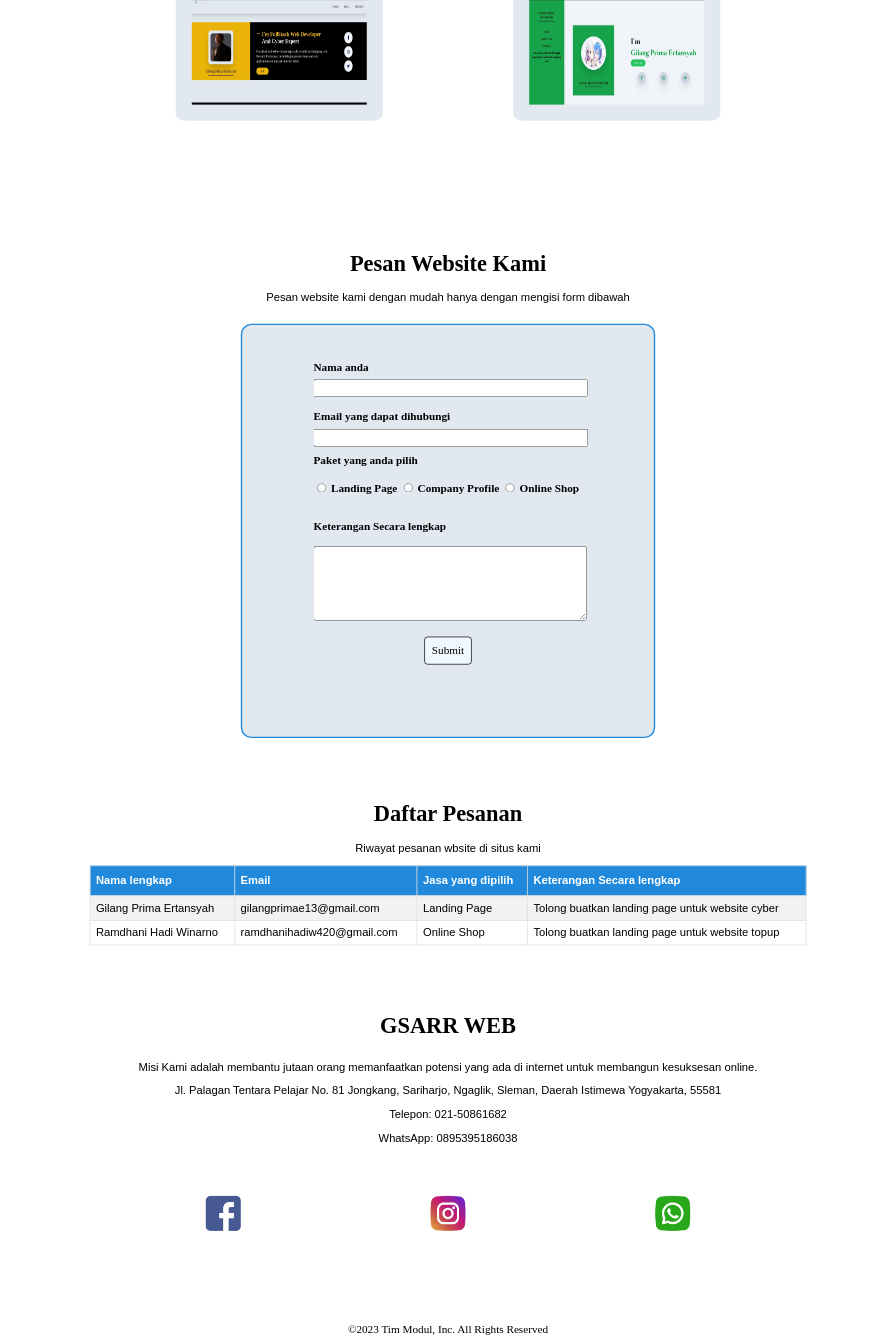
Repository: zecht12/TimModul
Page: TimModul.html
An editor plug-in stored every save of this project. The page is shown before and after the next save, followed by the edit.
The browser window is 1280 px wide. The pictures show the part of the page from y = 2549 to 4469 px (the page is 4469 px tall before and 4360 px after), at 70% of full size.

Above is the page before, as saved 2023-04-27 19:15:04.

### TimModul.html
<!DOCTYPE html>
<html lang="en">
<head>
    <meta charset="UTF-8">
    <meta http-equiv="X-UA-Compatible" content="IE=edge">
    <meta name="viewport" content="width=device-width, initial-scale=1.0">
    <link rel="stylesheet" href="style.css">
    <script src="script.js"></script>
    <title>Jasa Coding</title>
</head>
<body>
    <div style="height: 80px; width: 100%; background-color: white;">
        <header>
            <img src="./assets/wallpaper.jpg" alt="Image" style="height: 50px; width: 50px; border-radius: 100%;" >
            <ul class="nav_links">
                <li><a href="#">Home</a></li>
                <li><a href="#Paket">Harga</a></li>
                <li><a href="#Produk">Produk</a></li>
                <li><a href="#Forms">Form</a></li>
                <li><a href="#Dokumen">Dokumen</a></li>
            </ul>
        </headers>
    </div>
    <div style="background-image: url(./assets/bg.jpg); background-size: cover; background-position: top; width: 100%; height: 120vh; background-repeat: no-repeat; background-position: center;">
        <div style="display: flex; justify-content: center; align-items: center; padding: 5%; width: auto; height: auto;">
            <div style="height: auto; width: 70%; display: flex ; justify-content: center; align-items: center;">
                <div>
                    <div style=" display: flex; justify-content: center; align-items: center;">
                        <p style="text-align: center; color: white; font-size: 50px; font-weight: bold; width: 80%;">Jasa Pembuatan Website untuk Segala Kebutuhan Anda!</p>
                    </div>
                    <div style=" display: flex; justify-content: center; align-items: center; ">
                        <p style="text-align: center; color: white; font-size: large; width: 80%; ">Ingin wujudkan website impian tanpa ribet? Kami siap membantu Anda! Tersedia layanan jasa pembuatan website murah dan berkualitas dengan fitur terlengkap!</p>
                    </div>
                    <div style=" display: flex; justify-content: space-evenly; align-items: center;">
                        <div style=" display: flex; justify-content: center; align-items: center; gap: 5px;">
                            <img src="./assets/check.png" alt="check" width="30px" height="30px">
                            <p style="text-align: center; color: white; font-size: medium;">Proses Cepat</p>
                        </div>
                        <div style=" display: flex; justify-content: center; align-items: center; gap: 5px;">
                            <img src="./assets/check.png" alt="check" width="30px" height="30px">
                            <p style="text-align: center; color: white; font-size: medium">Harga Terjangkau</p>
                        </div>
                        <div style=" display: flex; justify-content: center; align-items: center; gap: 5px;">
                            <img src="./assets/check.png" alt="check" width="30px" height="30px">
                            <p style="text-align: center; color: white; font-size: medium;">Website Profesional</p>
                        </div>
                    </div>
                    <div style=" display: flex; justify-content: center; align-items: center; width: auto; height: auto;">
                        <p style="text-align: center; color: white; font-size: xx-large; font-weight: bold;">GSARR WEB</p>
                    </div>
                    <div style=" display: flex; justify-content: center; align-items: center; width: auto; height: auto;">
                        <a class="button1" href="#Paket" style="width: 200px; height: 50px; display: flex; justify-content: center; align-items: center; border-radius: 15px; background: #fff; color: #000; border: 2px solid #fff; cursor: pointer;">
                            Lihat Penawaran
                        </a>
                    </div>
                </div>
            </div>
        </div>
    </div>
    <div class="Paket" id="Paket" style="width: 100%; height: 120vh;">
        <p style="text-align: center; font-size: xx-large; font-weight: bold;">Harga Paket Jasa Pembuatan Website</p>
        <p style="text-align: center; font-size: medium; font-weight: bold; ">Tak perlu biaya mahal, Niagaweb menghadirkan jasa pembuatan website dengan harga terjangkau, fitur terbaik, dan layanan support nomor satu!</p>
        <div style="padding-left: 5%; padding-right: 5%;padding-top: 2%;display: flex;justify-content: space-evenly; align-items: center;" >
            <div style="padding: 2%; background-color: #e8ebf0; border-radius: 5%; height: 600px; width: 300px;">
                <p style="color: rgb(49, 49, 49); font-weight: bold; font-size: larger;">Landing Page</p>
                <p style="color: gray; font-weight: bold; font-size: medium;">Mulai dari:</p>
                <p style="color: #2089dc; font-size: xx-large; font-weight: bold; margin: auto; padding-bottom: 4%;">Rp 750.000</p>
                <div style="display: flex; justify-content: center; align-items: center;">
                    <a class="button1" href="#Forms" style="width: 200px; height: 50px; display: flex; justify-content: center; align-items: center; border-radius: 15px; background: transparent; color: #2089dc; border: 2px solid #2089dc; cursor: pointer;">
                        Checkout
                    </a>
                </div>
                <p style="color: gray; font-weight: bold; font-size: medium;">Bangun landing page dengan desain profesional! Biaya website terjangkau dengan fitur terbaik cocok untuk memulai bisnis online Anda.</p>
                <div style=" display: flex; justify-content: start; align-items: center; gap: 2px;">
                    <img src="./assets/check.png" alt="check" width="20px" height="20px">
                    <p style="color: black; font-size: medium;">Gratis Hosting dan Domain</p>
                </div>
                <div style=" display: flex; justify-content: start; align-items: center; gap: 2px;">
                    <img src="./assets/check.png" alt="check" width="20px" height="20px">
                    <p style="color: black; font-size: medium;">30 Pilihan Tema</p>
                </div>
                <div style=" display: flex; justify-content: start; align-items: center; gap: 2px;">
                    <img src="./assets/check.png" alt="check" width="20px" height="20px">
                    <p style="color: black; font-size: medium;">Free Maintenance di Bulan Pertama</p>
                </div>
                <div style=" display: flex; justify-content: start; align-items: center; gap: 2px;">
                    <img src="./assets/check.png" alt="check" width="20px" height="20px">
                    <p style="color: black; font-size: medium;">SEO Friendly</p>
                </div>
                <div style=" display: flex; justify-content: start; align-items: center; gap: 2px;">
                    <img src="./assets/check.png" alt="check" width="20px" height="20px">
                    <p style="color: black; font-size: medium;">Desain Responsif</p>
                </div>
                <div style=" display: flex; justify-content: start; align-items: center; gap: 2px;">
                    <img src="./assets/check.png" alt="check" width="20px" height="20px">
                    <p style="color: black; font-size: medium;">Pengerjaan 7 Hari Kerja</p>
                </div>
            </div>
            <div style="padding: 2%; background-color: #e8ebf0; border-radius: 5%; height: 600px; width: 300px;">
                <p style="color: rgb(49, 49, 49); font-weight: bold; font-size: larger;">Company Profile</p>
                <p style="color: gray; font-weight: bold; font-size: medium;">Mulai dari:</p>
                <p style="color: #2089dc; font-size: xx-large; font-weight: bold; margin: auto; padding-bottom: 4%;">Rp 2.000.000</p>
                <div style="display: flex; justify-content: center; align-items: center;">
                    <a class="button1" href="#Forms" style="width: 200px; height: 50px; display: flex; justify-content: center; align-items: center; border-radius: 15px; background: transparent; color: #2089dc; border: 2px solid #2089dc; cursor: pointer;">
                        Checkout
                    </a>
                </div>
                <p style="color: gray; font-weight: bold; font-size: medium;">Jasa pembuatan website untuk perusahaan B2B seperti konsultan, distributor, dan manufaktur. Saatnya tampilkan kesan profesional untuk perusahaan Anda!</p>
                <div style=" display: flex; justify-content: start; align-items: center; gap: 2px;">
                    <img src="./assets/check.png" alt="check" width="20px" height="20px">
                    <p style="color: black; font-size: medium;">Free Unlimited Hosting</p>
                </div>
                <div style=" display: flex; justify-content: start; align-items: center; gap: 2px;">
                    <img src="./assets/check.png" alt="check" width="20px" height="20px">
                    <p style="color: black; font-size: medium;">Free Maintenance Setiap Bulan</p>
                </div>
                <div style=" display: flex; justify-content: start; align-items: center; gap: 2px;">
                    <img src="./assets/check.png" alt="check" width="20px" height="20px">
                    <p style="color: black; font-size: medium;">Gratis Setup 5 Konten / Artikel</p>
                </div>
                <div style=" display: flex; justify-content: start; align-items: center; gap: 2px;">
                    <img src="./assets/check.png" alt="check" width="20px" height="20px">
                    <p style="color: black; font-size: medium;">1 Halaman Awal</p>
                </div>
                <div style=" display: flex; justify-content: start; align-items: center; gap: 2px;">
                    <img src="./assets/check.png" alt="check" width="20px" height="20px">
                    <p style="color: black; font-size: medium;">1x Revisi Desain</p>
                </div>
                <div style=" display: flex; justify-content: start; align-items: center; gap: 2px;">
                    <img src="./assets/check.png" alt="check" width="20px" height="20px">
                    <p style="color: black; font-size: medium;">500+ Tema Pilihan</p>
                </div>
            </div>
            <div style="padding: 2%; background-color: #e8ebf0; border-radius: 5%; height: 600px; width: 300px;">
                <p style="color: rgb(49, 49, 49); font-weight: bold; font-size: larger;">Online Shop</p>
                <p style="color: gray; font-weight: bold; font-size: medium;">Mulai dari:</p>
                <p style="color: #2089dc; font-size: xx-large; font-weight: bold; margin: auto; padding-bottom: 4%;">Rp 2.900.000</p>
                <div style="display: flex; justify-content: center; align-items: center;">
                    <a class="button1" href="#Forms" style="width: 200px; height: 50px; display: flex; justify-content: center; align-items: center; border-radius: 15px; background: transparent; color: #2089dc; border: 2px solid #2089dc; cursor: pointer;">
                        Checkout
                    </a>
                </div>
                <p style="color: gray; font-weight: bold; font-size: medium;">Jasa website profesional yang direkomendasikan untuk bisnis atau UKM B2C seperti bisnis kuliner, properti, konveksi, travel, dll.</p>
                <div style=" display: flex; justify-content: start; align-items: center; gap: 2px;">
                    <img src="./assets/check.png" alt="check" width="20px" height="20px">
                    <p style="color: black; font-size: medium;">Gratis Setup5 Produk Unggulan</p>
                </div>
                <div style=" display: flex; justify-content: start; align-items: center; gap: 2px;">
                    <img src="./assets/check.png" alt="check" width="20px" height="20px">
                    <p style="color: black; font-size: medium;">Integrasi Marketplace / Instagram Shop</p>
                </div>
                <div style=" display: flex; justify-content: start; align-items: center; gap: 2px;">
                    <img src="./assets/check.png" alt="check" width="20px" height="20px">
                    <p style="color: black; font-size: medium;">Fitur Payment & Shipping</p>
                </div>
                <div style=" display: flex; justify-content: start; align-items: center; gap: 2px;">
                    <img src="./assets/check.png" alt="check" width="20px" height="20px">
                    <p style="color: black; font-size: medium;">5 Halaman Awal</p>
                </div>
                <div style=" display: flex; justify-content: start; align-items: center; gap: 2px;">
                    <img src="./assets/check.png" alt="check" width="20px" height="20px">
                    <p style="color: black; font-size: medium;">1x Revisi Desain</p>
                </div>
                <div style=" display: flex; justify-content: start; align-items: center; gap: 2px;">
                    <img src="./assets/check.png" alt="check" width="20px" height="20px">
                    <p style="color: black; font-size: medium;">500+ Tema Pilihan</p>
                </div>
            </div>
        </div>
    </div>
    <div id="Produk" style="width: 100%; height: 100vh; padding-top: 5%;">
        <h1 style="text-align: center; font-size: xx-large; font: bolder;">Banyak Pilihan Desain</h1>
        <p style="text-align: center; font: caption;">Pilih satu dari puluhan desain yang tersedia</p>
        <div class="produk" id="produk" >
            <a href="./JenisWeb/Web1.html" style="padding: 2%; background-color: #E2E8F0; border-radius: 5%; display: flex; justify-items: center; align-items: center;">
                <img src="./assets/web.jpeg" alt="Image" style="height: 150px; width: 250px;" >
            </a>
            <a href="./JenisWeb/Web2.html" style="padding: 2%; background-color: #E2E8F0; border-radius: 5%; display: flex; justify-items: center; align-items: center;">
                <img src="./assets/web1.jpeg" alt="Image" style="height: 150px; width: 250px;" >
            </a>
            <a href="./JenisWeb/Web3.html" style="padding: 2%; background-color: #E2E8F0; border-radius: 5%; display: flex; justify-items: center; align-items: center;">
                <img src="./assets/web2.jpg" alt="Image" style="height: 150px; width: 250px;" >
            </a>
        </div>
        <div class="produk1" id="produk1" >
            <a href="./JenisWeb/Web4.html" style="padding: 2%; background-color: #E2E8F0; border-radius: 5%; display: flex; justify-items: center; align-items: center;">
                <img src="./assets/web3.jpg" alt="Image" style="height: 150px; width: 250px;" >
            </a>
            <a href="./JenisWeb/Web5.html" style="padding: 2%; background-color: #E2E8F0; border-radius: 5%; display: flex; justify-items: center; align-items: center;">
                <img src="./assets/web4.jpg" alt="Image" style="height: 150px; width: 250px;" >
            </a>
            <a href="./JenisWeb/Web6.html" style="padding: 2%; background-color: #E2E8F0; border-radius: 5%; display: flex; justify-items: center; align-items: center;">
                <img src="./assets/web5.jpg" alt="Image" style="height: 150px; width: 250px;" >
            </a>
        </div>
        <div class="produk2" id="produk2" >
            <a href="./JenisWeb/Web7.html" style="padding: 2%; background-color: #E2E8F0; border-radius: 5%; display: flex; justify-items: center; align-items: center;">
                <img src="./assets/web6.jpg" alt="Image" style="height: 150px; width: 250px;" >
            </a>
            <a href="./JenisWeb/Web8.html" style="padding: 2%; background-color: #E2E8F0; border-radius: 5%; display: flex; justify-items: center; align-items: center;">
                <img src="./assets/web7.jpg" alt="Image" style="height: 150px; width: 250px;" >
            </a>
        </div>
    </div>
    <h1 style="margin-top: 22%; text-align: center;">Pesan Website Kami</h1>
    <p style="text-align: center; font: caption;">Pesan website kami dengan mudah hanya dengan mengisi form dibawah</p>
    <div style="min-width: 60%; height: auto;">
        <div id="Forms" class="forms" id="forms" >
            <form style=" padding-bottom: 8%; padding-left: 8%; padding-right: 8%; padding-top: 4%; border-radius: 15px; background-color: #E2E8F0; color: #2089dc; border: 2px solid #2089dc;">
                <div class="Formnama">
                    <label for="Nama" class="Labelnama">Nama anda</label><br>
                    <input type="text" id="Nama" name="Nama" class="Nama">
                </div>

                <div class="Formemail">
                    <label for="Email" class="Labelemail">Email yang dapat dihubungi</label>
                    <input type="text" id="Email" name="Email" class="Email">
                </div>

                <p for="Pilihan" class="Pilihan">Paket yang anda pilih</p>
                <div style="padding-bottom: 5%;" id="Paket" >
                    <input type="radio" id="Landing Page" name="Landing Page" value="Landing Page">
                    <label for="FrontEnd">Landing Page</label>

                    <input type="radio" id="Company Profile" name="Company Profile" value="Company Profile">
                    <label for="BackEnd">Company Profile</label>

                    <input type="radio" id="Online Shop" name="Online Shop" value="Online Shop">
                    <label for="FullStack">Online Shop</label><br>
                </div>

                <div>
                    <p style="color: black; font-weight: bold; padding-bottom: 1%;">Keterangan Secara lengkap</p>
                    <textarea></textarea>
                </div>

                <div style="display: flex; justify-content: center; align-items: center;">
                    <input type="submit" value="Submit" class="Button">
                </div>
            </form>
        </div>
    </div>
    <h1 style="margin-top: 2%; text-align: center;">Daftar Pesanan</h1>
    <p style="text-align: center; font: caption;">Riwayat pesanan wbsite di situs kami</p>
    <div id="Dokumen" style="display: flex; justify-content: center; align-items: center; width: 100%;">
        <table id="customers">
            <tr>
                <th>Nama lengkap</th>
                <th>Email</th>
                <th>Jasa yang dipilih</th>
                <th>Keterangan Secara lengkap</th>
            </tr>
            <tr>
                <td>Gilang Prima Ertansyah</td>
                <td>gilangprimae13@gmail.com</td>
                <td>Landing Page</td>
                <td>Tolong buatkan landing page untuk website cyber</td>
            </tr>
            <tr>
                <td>Ramdhani Hadi Winarno</td>
                <td>ramdhanihadiw420@gmail.com</td>
                <td>Online Shop</td>
                <td>Tolong buatkan landing page untuk website topup</td>
            </tr>
        </table>
    </div>
    <div style="height: 70vh; width: 100%; background-color: white; margin: auto; justify-content: center; align-items: center;">
        <div style="padding: 5%;">
            <p style="text-align: center; color: black; font-size: xx-large; font-weight: bold;">GSARR WEB</p>
            <p style="text-align: center; font: caption;">Misi Kami adalah membantu jutaan orang memanfaatkan potensi yang ada di internet untuk membangun kesuksesan online.</p>
            <p style="text-align: center; font: caption;">Jl. Palagan Tentara Pelajar No. 81 Jongkang, Sariharjo, Ngaglik, Sleman, Daerah Istimewa Yogyakarta, 55581</p>
            <div>
                <p style="text-align: center; font: caption;">Telepon: 021-50861682</p>
                <p style="text-align: center; font: caption;">WhatsApp: 0895395186038</p>
            </div>
            <div class="Social" style="display: flex; align-items: center; justify-content: space-between; background-color: transparent; gap: 20px; padding-left: 20%; padding-right: 20%; padding-top: 5%; ">
                <a href="" style="background-color: #fff;">
                    <img src="/assets/facebook.png" alt="FB" width="50px" height="50px">
                </a>
                <a href="">
                    <img src="/assets/instagram.png" alt="FB" width="50px" height="50px">
                </a>
                <a href="">
                    <img src="/assets/whatsapp.png" alt="FB" width="50px" height="50px">
                </a>
            </div>
        </div>
    </div>
    <div style="height: 50px; width: 100%; background-color: white; margin: auto; justify-content: center; align-items: center;">
        <p style="color: black; text-align: center; padding-top: 20px;">&copy;2023 Tim Modul, Inc. All Rights Reserved</p>
    </div>
</body>
</html>

### style.css
body{
    height: auto;
    width: 100%;
    margin: auto;
    padding: auto;
}
header{
    display: flex;
    align-items: center;
    justify-content: space-between;
    padding-left: 2%;
    padding-right: 2%;
    padding-top: 1%;
}
li,a, button{
    font-family: "Montserrat", sans-serif;
    font-size: 16px;
    color: black;
    text-decoration: none;
}
.produk{
    padding-left: 5%;
    padding-right: 5%;
    padding-top: 3%;
    display: flex;
    justify-content: space-around;
    align-items: center;
}
.produk1{
    padding-left: 5%;
    padding-right: 5%;
    padding-top: 3%;
    display: flex;
    justify-content: space-around;
    align-items: center;
}
.produk2{
    padding-left: 5%;
    padding-right: 5%;
    padding-top: 3%;
    display: flex;
    justify-content: space-evenly;
    align-items: center;
}
.produk a:hover{
    transform: scale(110%);
}
.produk1 a:hover{
    transform: scale(110%);
}
.produk2 a:hover{
    transform: scale(110%);
}
.nav_links{
    list-style: none;
}
.nav_links li{
    display: inline-block;
    padding: 0px 20px;
}
.nav_links li a:hover{
    color: #0088a9;
}
.forms{
    height: auto;
    width: 100%;
    display: flex;
    justify-content: center;
    align-items: center;
    padding-top: 1%;
    padding-bottom: 5%;

}
label {
    color: black;
    font-weight: bold;
    width: 130px;
}
.Button {
    padding: 10px;
    border: 1px solid black;
    background-color:aliceblue;
    border-radius: 5px;
    font: inherit;
    cursor: pointer;
}
.Button:hover{
    border: 1px solid #0088a9;
    color: #0088a9;
    cursor: pointer;
}
.button1:hover{
    transform: scale(110%);
}
.Pilihan{
    margin: auto;
    padding-top: 3%;
    padding-bottom: 20px;
    font-weight: bold;
    color: black;
}
.Nama{
    width: 100%;
    height: 20px;
    margin-top: 2%;
}
.Email{
    width: 100%;
    height: 20px;
    margin-top: 2%;
}
.Formemail{
    padding-top: 5%;
}
textarea{
    width: 100%;
    height: 100px;
    margin-bottom: 5%;
}
#customers {
    font-family: Arial, Helvetica, sans-serif;
    border-collapse: collapse;
    width: 80%;
}
#customers td, #customers th {
    border: 1px solid #ddd;
    padding: 8px;
}
#customers tr:nth-child(even){background-color: #f2f2f2;}
#customers tr:hover {background-color: #ddd;}
#customers th {
    padding-top: 12px;
    padding-bottom: 12px;
    text-align: left;
    background-color: #2089dc;
    color: white;
}
.Social a:hover{
    transform: scale(110%);
}

Loaded but not shown: script.js (7 lines, source omitted)

After the next save:
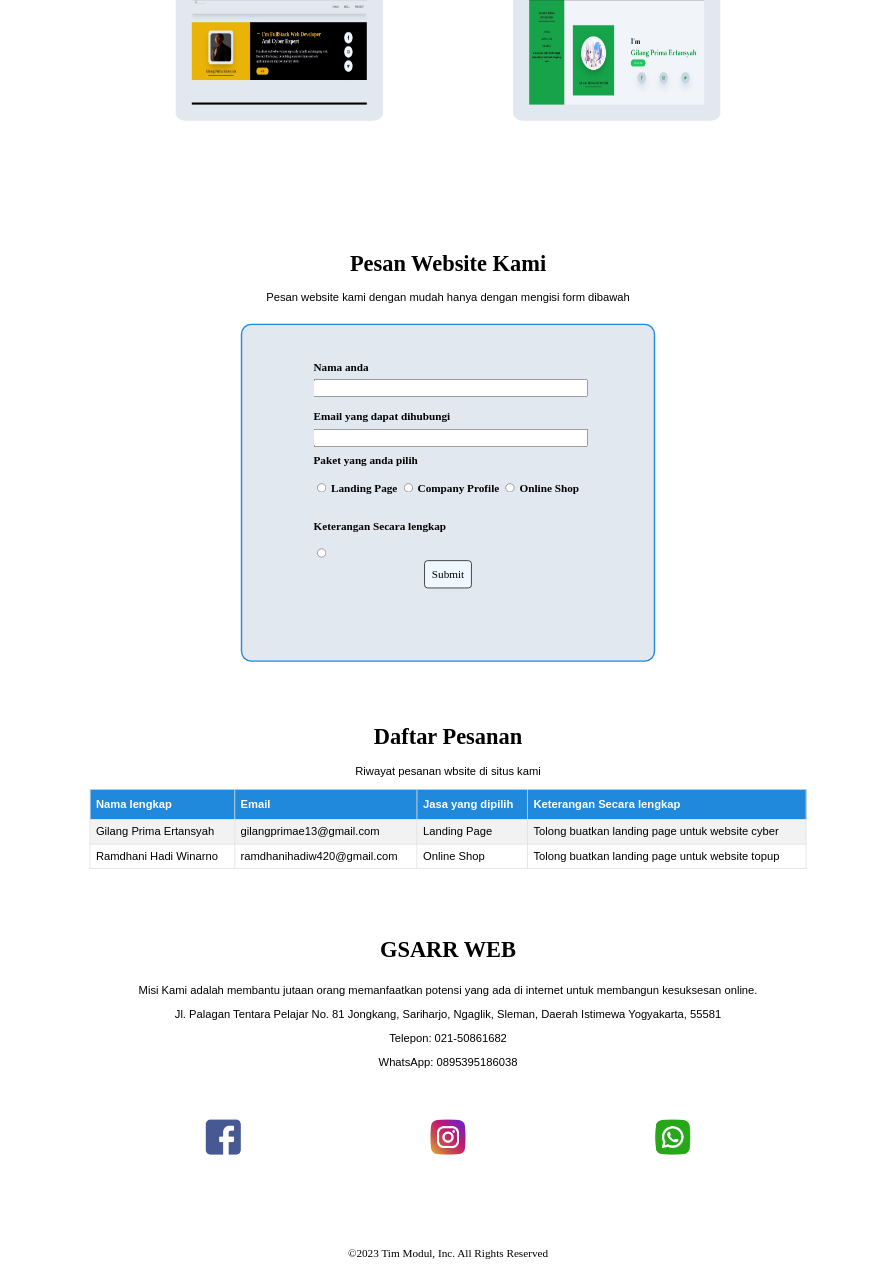
Saved 33 s later.
--- a/TimModul.html
+++ b/TimModul.html
@@ -231,7 +231,7 @@
 
                 <div>
                     <p style="color: black; font-weight: bold; padding-bottom: 1%;">Keterangan Secara lengkap</p>
-                    <textarea></textarea>
+                    <input type="radio" id="Online Shop" name="Online Shop" value="Online Shop">
                 </div>
 
                 <div style="display: flex; justify-content: center; align-items: center;">
